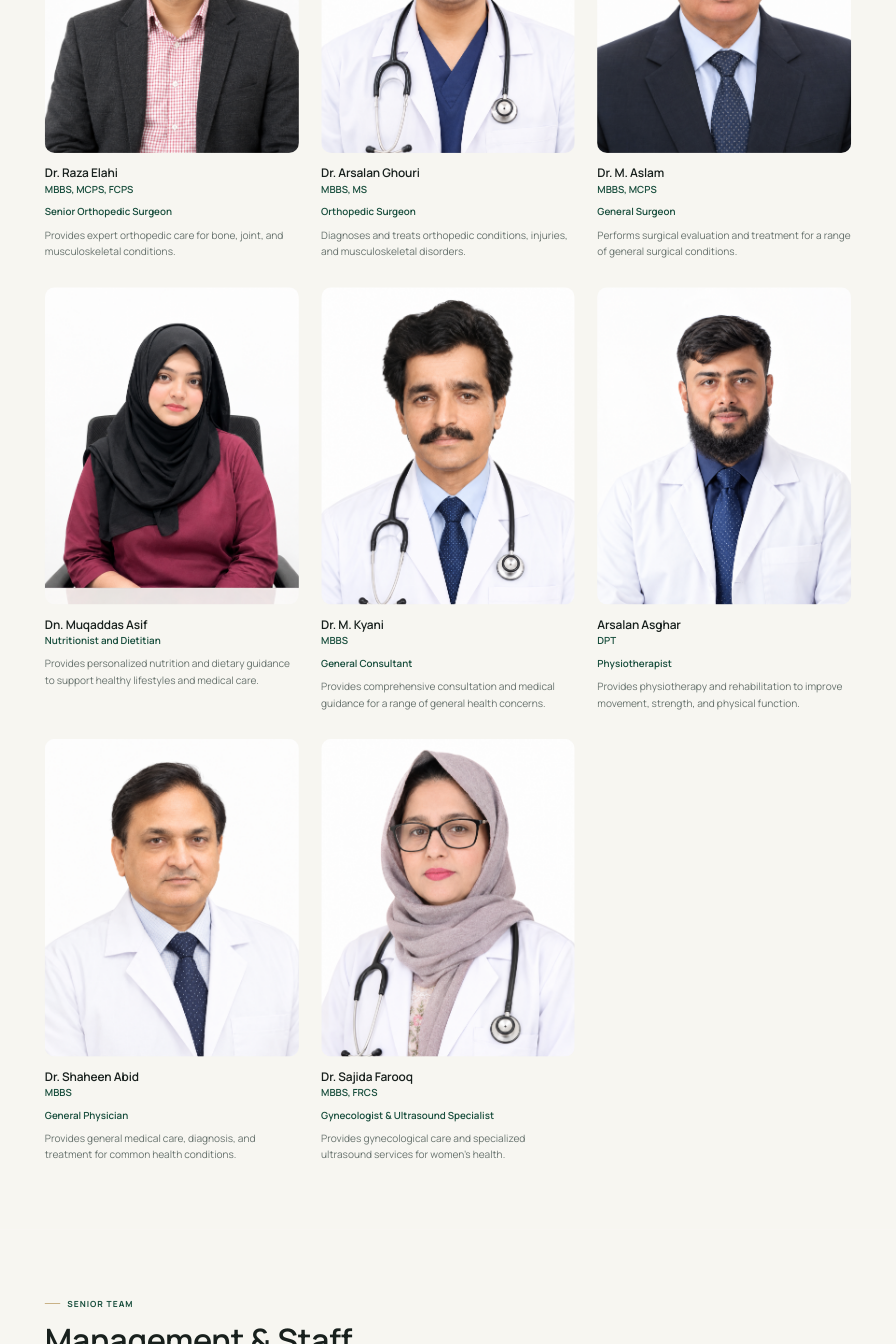
Repository: mraeesaziz45/al-farah
Page: team.html
The author's editor kept a copy of each file at every save. The page is drawn from the files as they stood at one save, then again after the next save.
The browser window is 1280 px wide. The pictures show the part of the page from y = 1789 to 3709 px (the page is 5938 px tall), at 70% of full size.

Above is the page before, as saved 2026-09-28 18:01:15.

After the next save:
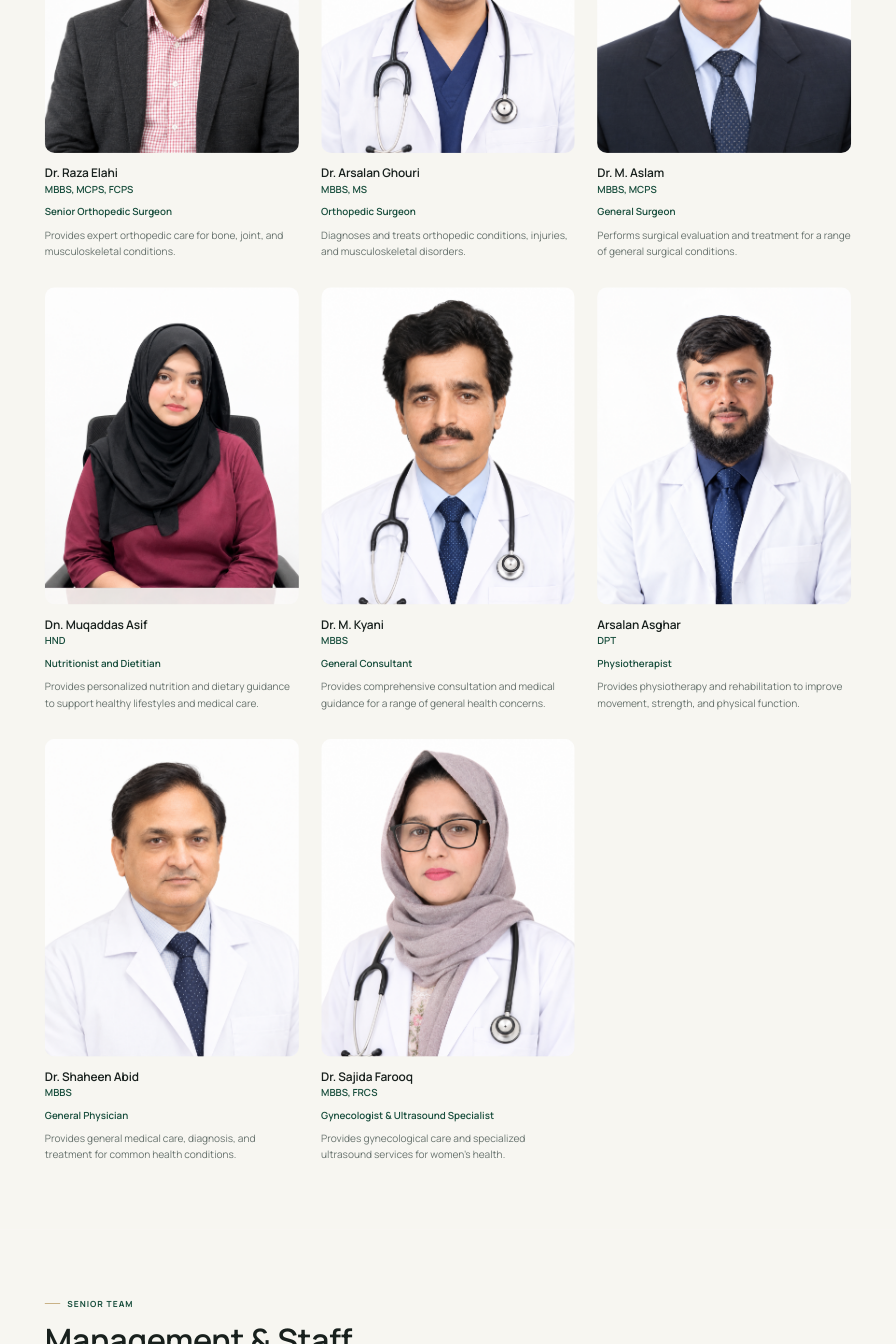
Saved 4 min 30 s later.
--- a/team.html
+++ b/team.html
@@ -123,6 +123,7 @@
             <img src="assets/images/team/muqaddas-asif.png" alt="Portrait placeholder for a radiologist" width="1000" height="1250" loading="lazy" decoding="async">
           </div>
           <h3 class="h4">Dn. Muqaddas Asif</h3>
+          <span class="role">HND</span>
           <span class="role">Nutritionist and Dietitian</span>
           <p class="bio">Provides personalized nutrition and dietary guidance to support healthy lifestyles and medical care.</p>
         </div>
